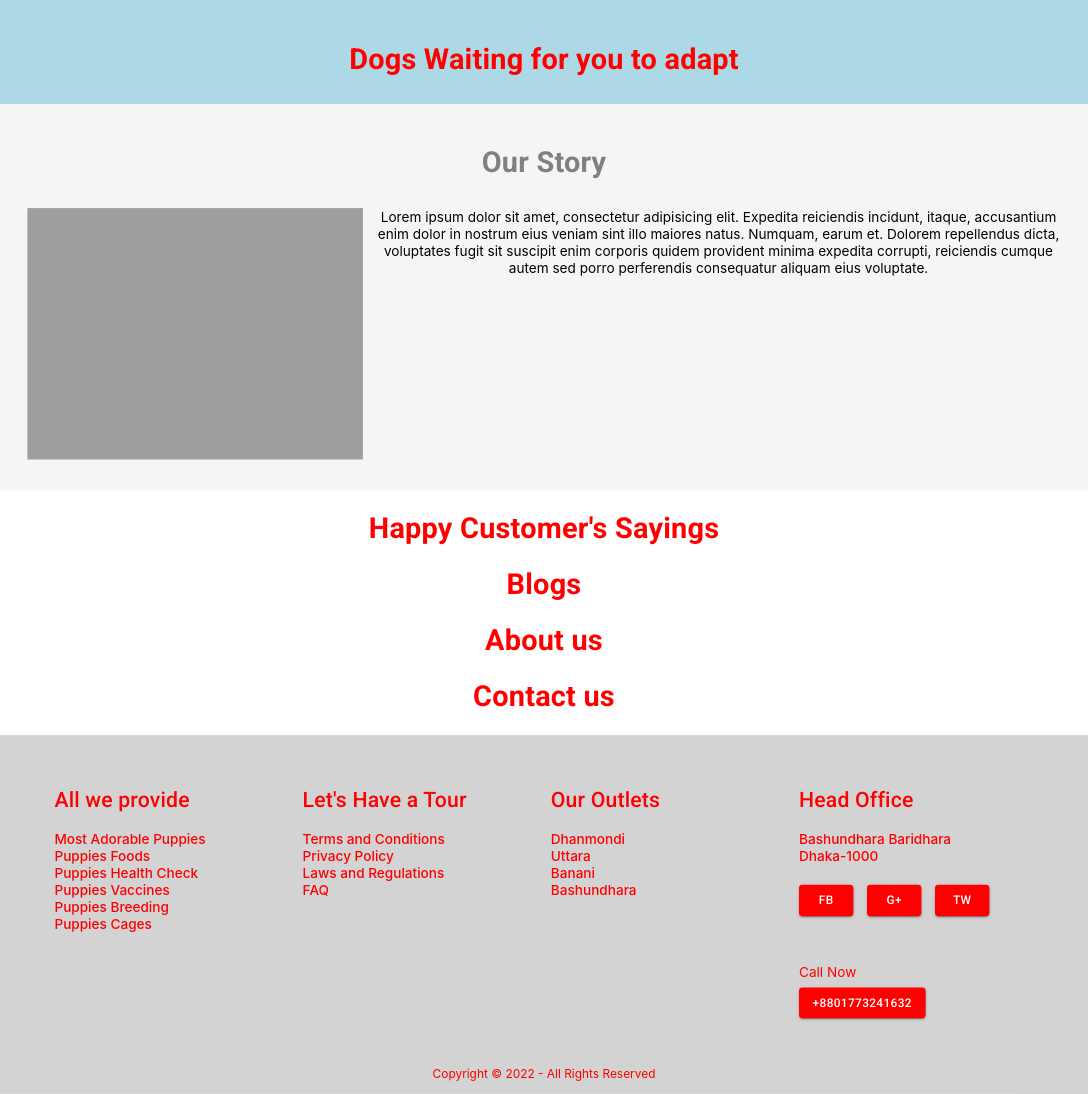
Repository: Sharif-00112/dogos-paradise-client
Page: /
These files come from the project's save history. The page is drawn as it stood at one moment and after the next save; the edit follows.
The browser window is 1280 px wide. The pictures show the part of the page from y = 1041 to 2328 px (the page is 2328 px tall), at 85% of full size.
Pictures or frames that could not be fetched are drawn as grey boxes. The page's requests for data from a server got no answer. The project was rebuilt for these pictures with package versions that can differ from the ones it lists, and the page was loaded fresh each time. No one was signed in, and anything a server would have sent is missing. Also part of the build but not shown: src/Pages/Home/Dog/Dog.js, src/Pages/Login/Login/Login.js, src/Pages/Login/Register/Register.js, src/Pages/NotFound/NotFound.js.

Above is the page before, as saved 2022-12-05 22:27:56.

### public/index.html
<!DOCTYPE html>
<html lang="en">
  <head>
    <meta charset="utf-8" />
    <link rel="icon" href="%PUBLIC_URL%/favicon.ico" />
    <meta name="viewport" content="width=device-width, initial-scale=1" />
    <meta name="theme-color" content="#000000" />
    <meta
      name="description"
      content="Web site created using create-react-app"
    />
    <link
      rel="stylesheet" href="https://fonts.googleapis.com/css?family=Roboto:300,400,500,700&display=swap"
    />

    <link rel="apple-touch-icon" href="%PUBLIC_URL%/logo192.png" />
    <!--
      manifest.json provides metadata used when your web app is installed on a
      user's mobile device or desktop. See https://developers.google.com/web/fundamentals/web-app-manifest/
    -->
    <link rel="manifest" href="%PUBLIC_URL%/manifest.json" />
    <!--
      Notice the use of %PUBLIC_URL% in the tags above.
      It will be replaced with the URL of the `public` folder during the build.
      Only files inside the `public` folder can be referenced from the HTML.

      Unlike "/favicon.ico" or "favicon.ico", "%PUBLIC_URL%/favicon.ico" will
      work correctly both with client-side routing and a non-root public URL.
      Learn how to configure a non-root public URL by running `npm run build`.
    -->
    <title>React App</title>
  </head>
  <body>
    <noscript>You need to enable JavaScript to run this app.</noscript>
    <div id="root"></div>
    <!--
      This HTML file is a template.
      If you open it directly in the browser, you will see an empty page.

      You can add webfonts, meta tags, or analytics to this file.
      The build step will place the bundled scripts into the <body> tag.

      To begin the development, run `npm start` or `yarn start`.
      To create a production bundle, use `npm run build` or `yarn build`.
    -->
  </body>
</html>

### src/App.js
import React  from 'react';
import './App.css';
import { BrowserRouter as Router, Route, Routes} from 'react-router-dom';
import Home from './Pages/Home/Home/Home';
import Login from './Pages/Login/Login/Login';
import Register from './Pages/Login/Register/Register';
import AuthProvider from './contexts/AuthProvider/AuthProvider';
// import PrivateRoute from './Pages/Login/PrivateRoute/PrivateRoute';
import NotFound from './Pages/NotFound/NotFound';
import Contact from './Pages/Home/Contact/Contact';
import Story from './Pages/Home/Story/Story';
import CustomerReviews from './Pages/Home/CustomerReviews/CustomerReviews';
import Blogs from './Pages/Home/Blogs/Blogs';
import About from './Pages/Home/About/About';
import Dogs from './Pages/Home/Dogs/Dogs';
// import Footer from './Pages/Shared/Footer/Footer';
// import Dashboard from './Pages/Dashboard/Dashboard/Dashboard';

function App() {
  return (
    <div className="App">
      <AuthProvider>
        <Router>
          <Routes>
            <Route exact path = '/' element={<Home/>}/>
            <Route exact path = '/home' element={<Home/>}/>
            <Route exact path = '/login' element={<Login/>}/>
            <Route exact path = '/register' element={<Register/>}/>
            <Route exact path = '/contact' element={<Contact/>}/>
            <Route exact path = '/dogs' element={<Dogs/>}/>
            <Route exact path = '/story' element={<Story/>}/>
            <Route exact path = '/reviews' element={<CustomerReviews/>}/>
            <Route exact path = '/blogs' element={<Blogs/>}/>
            <Route exact path = '/about' element={<About/>}/>
            {/* <Route exact path = '/appointment' element = {
              <PrivateRoute>
                <Appointment></Appointment>
              </PrivateRoute>
            }> </Route> */}
            {/* <Route path = 'dashboard/*' element = {
              <PrivateRoute>
                <Dashboard></Dashboard>
              </PrivateRoute>
            }> </Route> */}
            <Route path = '*' element={<NotFound/>}/>
          </Routes>
          {/* <Footer></Footer> */}
        </Router>
      </AuthProvider>
    </div>
  );
}

export default App;

### src/Pages/Home/Home/Home.js
import React from 'react';
import Footer from '../../Shared/Footer/Footer';
import Navigation from '../../Shared/Navigation/Navigation';
import About from '../About/About';
import Banner from '../Banner/Banner';
import Blogs from '../Blogs/Blogs';
import Contact from '../Contact/Contact';
import CustomerReviews from '../CustomerReviews/CustomerReviews';
import Dogs from '../Dogs/Dogs';
import Story from '../Story/Story';

const Home = () => {
    return (
        <div>
            <Navigation></Navigation>
            <Banner></Banner>
            <Dogs></Dogs>
            <Story></Story>
            <CustomerReviews></CustomerReviews>
            <Blogs></Blogs>
            <About></About>
            <Contact></Contact>
            <Footer></Footer>
        </div>
    );
};

export default Home;

### src/contexts/AuthProvider/AuthProvider.js
import React from 'react';
import { createContext } from 'react';
import useFirebase from '../../hooks/useFirebase';

//step-1-context
export const AuthContext = createContext();

const AuthProvider = (props) => {
    //step-3-context
    const {children} = props;

    //step-5-context
    const allContexts = useFirebase();

    return (
        //step-2-context
        <AuthContext.Provider value={allContexts}>
            {children}
        </AuthContext.Provider>
    );
};

export default AuthProvider;

### src/Pages/Home/Contact/Contact.js
import React from 'react';
import { Typography } from '@mui/material';

const Contact = () => {
    return (
        <div>
            <Typography sx={{ m: 3, color: 'red', fontWeight: 600 }} variant="h4" component="div">
                Contact us
            </Typography>
        </div>
    );
};

export default Contact;

### src/Pages/Home/Story/Story.js
import React from 'react';
import { Typography } from '@mui/material';
import Box from '@mui/material/Box';
import Grid from '@mui/material/Unstable_Grid2';


const Story = () => {
    return (
        <Box sx={{backgroundColor:"whitesmoke", p:4}}>
            <Typography sx={{ mt: 2, mb:4, color: 'gray', fontWeight: 600 }} variant="h4" component="div">
                Our Story
            </Typography>
            <Box sx={{ flexGrow: 1 }}>
                <Grid container spacing={2}>
                    <Grid xs={6} md={4}>
                        <img style={{ width: '100%'}} src="https://i.ibb.co/M8w31YS/dog-story.jpg" alt="dog-story" />
                    </Grid>
                    <Grid xs={6} md={8}>
                        Lorem ipsum dolor sit amet, consectetur adipisicing elit. Expedita reiciendis incidunt, itaque, accusantium enim dolor in nostrum eius veniam sint illo maiores natus. Numquam, earum et. Dolorem repellendus dicta, voluptates fugit sit suscipit enim corporis quidem provident minima expedita corrupti, reiciendis cumque autem sed porro perferendis consequatur aliquam eius voluptate.
                    </Grid>
                </Grid>
            </Box>
        </Box>
    );
};

export default Story;

### src/Pages/Home/CustomerReviews/CustomerReviews.js
import React from 'react';
import { Typography } from '@mui/material';


const CustomerReviews = () => {
    return (
        <div>
            <Typography sx={{ m: 3, color: 'red', fontWeight: 600 }} variant="h4" component="div">
                Happy Customer's Sayings
            </Typography>
        </div>
    );
};

export default CustomerReviews;

### src/Pages/Home/Blogs/Blogs.js
import React from 'react';
import { Typography } from '@mui/material';


const Blogs = () => {
    return (
        <div>
            <Typography sx={{ m: 3, color: 'red', fontWeight: 600 }} variant="h4" component="div">
                Blogs
            </Typography>
        </div>
    );
};

export default Blogs;

### src/Pages/Home/About/About.js
import React from 'react';
import { Typography } from '@mui/material';

const About = () => {
    return (
        <div>
            <Typography sx={{ m: 3, color: 'red', fontWeight: 600 }} variant="h4" component="div">
                About us
            </Typography>
        </div>
    );
};

export default About;

### src/Pages/Home/Dogs/Dogs.js
import React, { useEffect, useState } from 'react';
import Box from '@mui/material/Box';
import Grid from '@mui/material/Unstable_Grid2';
import Typography from '@mui/material/Typography';
import { Container } from '@mui/material';
import Dog from '../Dog/Dog';

// const dogs = [
//     {
//         title: "Siberian Husky",
//         age: '13',
//         breed: 'Mixed',
//         image: 'https://i.ibb.co/VV1yxdy/dog-1.jpg',
//         price: 700,
//         description: 'Lorem ipsum dolor sit amet, consectetur adipisicing elit. Quo, magni ab. Sed aut nesciunt neque laudantium culpa sit? Possimus, id.'
//     },
//     {
//         title: "German Shepherd",
//         age: '8',
//         breed: 'Mixed',
//         image: 'https://i.ibb.co/tZcvfCd/dog-2.jpg',
//         price: 700,
//         description: 'Lorem ipsum dolor sit amet, consectetur adipisicing elit. Quo, magni ab. Sed aut nesciunt neque laudantium culpa sit? Possimus, id.'
//     },
//     {
//         title: "Golden Retriever",
//         age: '5',
//         breed: 'Mixed',
//         image: 'https://i.ibb.co/YPHDzsb/dog-3.jpg',
//         price: 700,
//         description: 'Lorem ipsum dolor sit amet, consectetur adipisicing elit. Quo, magni ab. Sed aut nesciunt neque laudantium culpa sit? Possimus, id.'
//     },
//     {
//         title: "Bulldog",
//         age: '6',
//         breed: 'Mixed',
//         image: 'https://i.ibb.co/bjty4nS/dog-4.jpg',
//         price: 700,
//         description: 'Lorem ipsum dolor sit amet, consectetur adipisicing elit. Quo, magni ab. Sed aut nesciunt neque laudantium culpa sit? Possimus, id.'
//     },
//     {
//         title: "Irish Setter",
//         age: '9',
//         breed: 'Mixed',
//         image: 'https://i.ibb.co/QPSnF0t/dog-5.jpg',
//         price: 700,
//         description: 'Lorem ipsum dolor sit amet, consectetur adipisicing elit. Quo, magni ab. Sed aut nesciunt neque laudantium culpa sit? Possimus, id.'
//     },
//     {
//         title: "Brussels Griffon",
//         age: '4',
//         breed: 'Mixed',
//         image: 'https://i.ibb.co/z5kJHB2/dog-6.jpg',
//         price: 700,
//         description: 'Lorem ipsum dolor sit amet, consectetur adipisicing elit. Quo, magni ab. Sed aut nesciunt neque laudantium culpa sit? Possimus, id.'
//     },
//     {
//         title: "Newfoundland",
//         age: '15',
//         breed: 'Mixed',
//         image: 'https://i.ibb.co/mD4CtfC/dog-7.jpg',
//         price: 700,
//         description: 'Lorem ipsum dolor sit amet, consectetur adipisicing elit. Quo, magni ab. Sed aut nesciunt neque laudantium culpa sit? Possimus, id.'
//     },
//     {
//         title: "French Bulldog",
//         age: '7',
//         breed: 'Mixed',
//         image: 'https://i.ibb.co/PCQT44S/dog-8.jpg',
//         price: 700,
//         description: 'Lorem ipsum dolor sit amet, consectetur adipisicing elit. Quo, magni ab. Sed aut nesciunt neque laudantium culpa sit? Possimus, id.'
//     },
//     {
//         title: "Beagle",
//         age: '12',
//         breed: 'Mixed',
//         image: 'https://i.ibb.co/XLvC5BW/dog-9.jpg',
//         price: 700,
//         description: 'Lorem ipsum dolor sit amet, consectetur adipisicing elit. Quo, magni ab. Sed aut nesciunt neque laudantium culpa sit? Possimus, id.'
//     },
//     {
//         title: "Poodle",
//         age: '15',
//         breed: 'Mixed',
//         image: 'https://i.ibb.co/rxMv41c/dog-10.jpg',
//         price: 700,
//         description: 'Lorem ipsum dolor sit amet, consectetur adipisicing elit. Quo, magni ab. Sed aut nesciunt neque laudantium culpa sit? Possimus, id.'
//     }
// ]

const Dogs = () => {
    const [dogs, setDogs] = useState([]);

    useEffect(() => {
        fetch('http://localhost:3005/dogs')
        .then(res => res.json())
        .then(data => setDogs(data))
    }, []);

    return (
        <div>
            <Box sx={{ flexGrow: 1, backgroundColor:"lightblue", py:4 }}>
                <Container>
                    <Typography sx={{ p:3, color: 'red', fontWeight: 600 }} variant="h4" component="div">
                        Dogs Waiting for you to adapt
                    </Typography>

                    <Grid container spacing={{ xs: 2, md: 3 }} columns={{ xs: 4, sm: 8, md: 12 }}>
                        {
                            dogs.map(dog => (
                                <Grid xs={2} sm={4} md={4} key={dog._id}>
                                    <Dog
                                        key= {dog._id}
                                        dog = {dog}
                                    ></Dog>
                                </Grid>
                            ))
                        }
                    </Grid>
                </Container>
            </Box>
        </div>
    );
};

export default Dogs;

### src/Pages/Home/Banner/Banner.js
import React from 'react';
import { Typography } from '@mui/material';

const Banner = () => {
    return (
        <div>
            {/* <Typography sx={{ m: 3, color: 'red', fontWeight: 600 }} variant="h4" component="div">
                Head Banner
            </Typography> */}
            <img style={{ width: '100%'}} src="https://i.ibb.co/Mnn0NX3/dog-cover-1.jpg" alt="dog-human playing" />
            <Typography sx={{ mt: -25, mb:8, color: 'red', fontWeight: 700 }} variant="h4" component="div">
                Dogs are not only pets;
                <br /> <br />
                They are "L O V E"
            </Typography>
        </div>
    );
};

export default Banner;

### src/hooks/useAuth.js
//step-6-context

import { useContext } from "react"
import { AuthContext } from "../../src/contexts/AuthProvider/AuthProvider"

const useAuth = () =>{
    return useContext(AuthContext);
}

export default useAuth;

### src/Pages/Login/Firebase/firebase.initialize.js
import { initializeApp } from "firebase/app";
import firebaseConfig from "./firebase.config";

const initializeAuthentication = () =>{
    initializeApp(firebaseConfig);
}

export default initializeAuthentication;

### src/Pages/Login/Firebase/firebase.config.js
// console.log(process.env);

const firebaseConfig = {
  apiKey: process.env.REACT_APP_FIREBASE_API_KEY,
  authDomain: process.env.REACT_APP_FIREBASE_AUTH_DOMAIN,
  projectId: process.env.REACT_APP_FIREBASE_PROJECT_ID,
  storageBucket: process.env.REACT_APP_FIREBASE_STORAGE_BUCKET,
  messagingSenderId: process.env.REACT_APP_FIREBASE_MESSAGING_SENDER_ID,
  appId: process.env.REACT_APP_FIREBASE_APP_ID,
  measurementId: process.env.REACT_APP_FIREBASE_MEASUREMENT_ID
};

export default firebaseConfig;

// .env.local
// REACT_APP_FIREBASE_API_KEY=AIzaSyCGaQ8G2l5KeOKX4bAJ7MC19oWW_2vnTNQ
// REACT_APP_FIREBASE_AUTH_DOMAIN=dogos-paradise.firebaseapp.com
// REACT_APP_FIREBASE_PROJECT_ID=dogos-paradise
// REACT_APP_FIREBASE_STORAGE_BUCKET=dogos-paradise.appspot.com
// REACT_APP_FIREBASE_MESSAGING_SENDER_ID=824394057307
// REACT_APP_FIREBASE_APP_ID=1:824394057307:web:727ac0c86627b9544a617e
// REACT_APP_FIREBASE_MEASUREMENT_ID=G-DL8JJ6MYSD

// const firebaseConfig = {
  // apiKey: "AIzaSyCGaQ8G2l5KeOKX4bAJ7MC19oWW_2vnTNQ",
  // authDomain: "dogos-paradise.firebaseapp.com",
  // projectId: "dogos-paradise",
  // storageBucket: "dogos-paradise.appspot.com",
  // messagingSenderId: "824394057307",
  // appId: "1:824394057307:web:727ac0c86627b9544a617e",
  // measurementId: "G-DL8JJ6MYSD"
// };

Loaded but not shown: src/index.js (common file); src/index.css (common file); src/reportWebVitals.js (common file); src/App.css (common file); src/Pages/Shared/Navigation/Navigation.js (229 lines, source omitted); src/hooks/useFirebase.js (273 lines, source omitted); src/Pages/Shared/Footer/Footer.js (156 lines, source omitted)

After the next save:
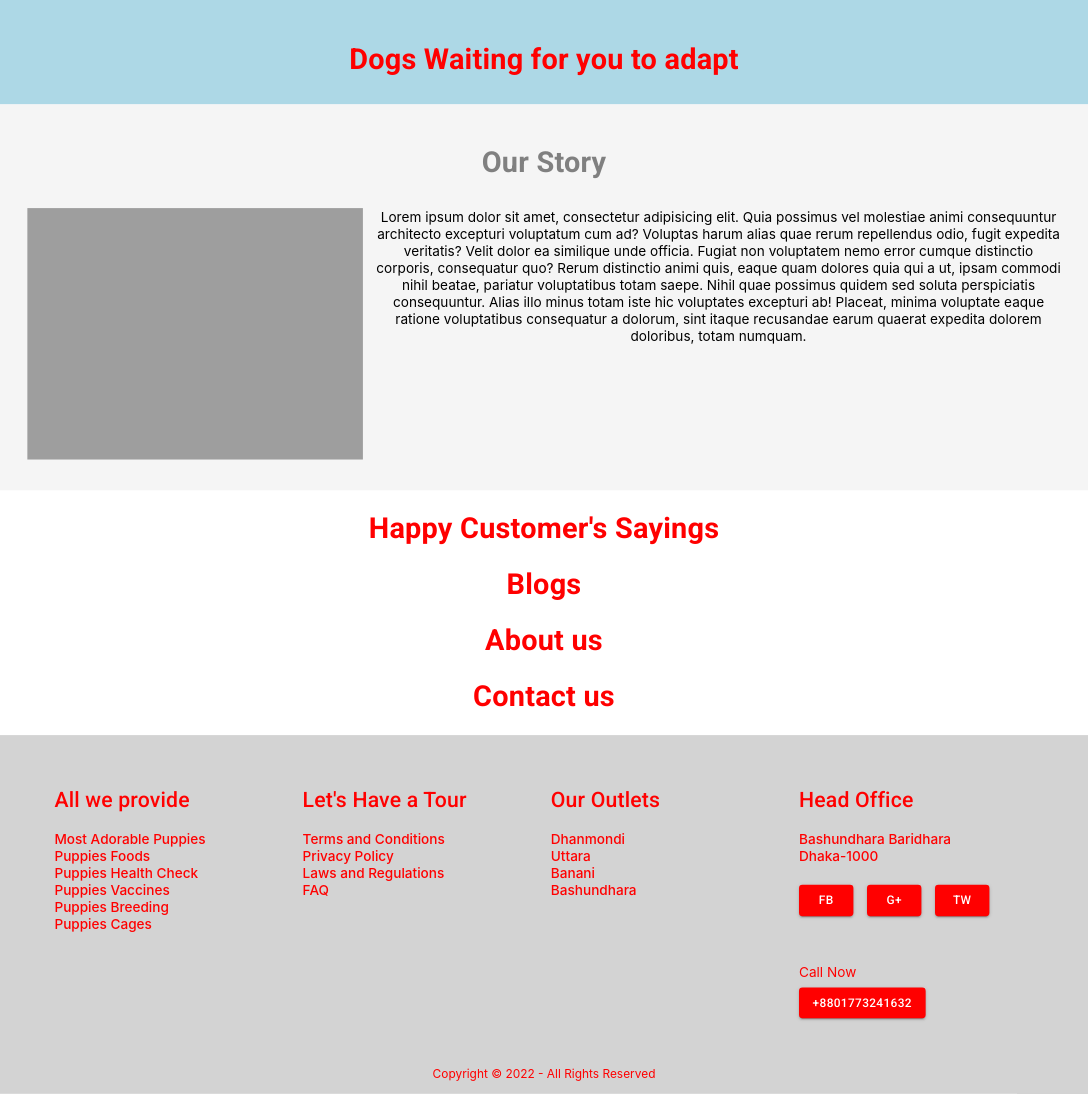
Saved 13 s later.
--- a/src/Pages/Home/Story/Story.js
+++ b/src/Pages/Home/Story/Story.js
@@ -16,7 +16,7 @@ const Story = () => {
                         <img style={{ width: '100%'}} src="https://i.ibb.co/M8w31YS/dog-story.jpg" alt="dog-story" />
                     </Grid>
                     <Grid xs={6} md={8}>
-                        Lorem ipsum dolor sit amet, consectetur adipisicing elit. Expedita reiciendis incidunt, itaque, accusantium enim dolor in nostrum eius veniam sint illo maiores natus. Numquam, earum et. Dolorem repellendus dicta, voluptates fugit sit suscipit enim corporis quidem provident minima expedita corrupti, reiciendis cumque autem sed porro perferendis consequatur aliquam eius voluptate.
+                        Lorem ipsum dolor sit amet, consectetur adipisicing elit. Quia possimus vel molestiae animi consequuntur architecto excepturi voluptatum cum ad? Voluptas harum alias quae rerum repellendus odio, fugit expedita veritatis? Velit dolor ea similique unde officia. Fugiat non voluptatem nemo error cumque distinctio corporis, consequatur quo? Rerum distinctio animi quis, eaque quam dolores quia qui a ut, ipsam commodi nihil beatae, pariatur voluptatibus totam saepe. Nihil quae possimus quidem sed soluta perspiciatis consequuntur. Alias illo minus totam iste hic voluptates excepturi ab! Placeat, minima voluptate eaque ratione voluptatibus consequatur a dolorum, sint itaque recusandae earum quaerat expedita dolorem doloribus, totam numquam.
                     </Grid>
                 </Grid>
             </Box>
